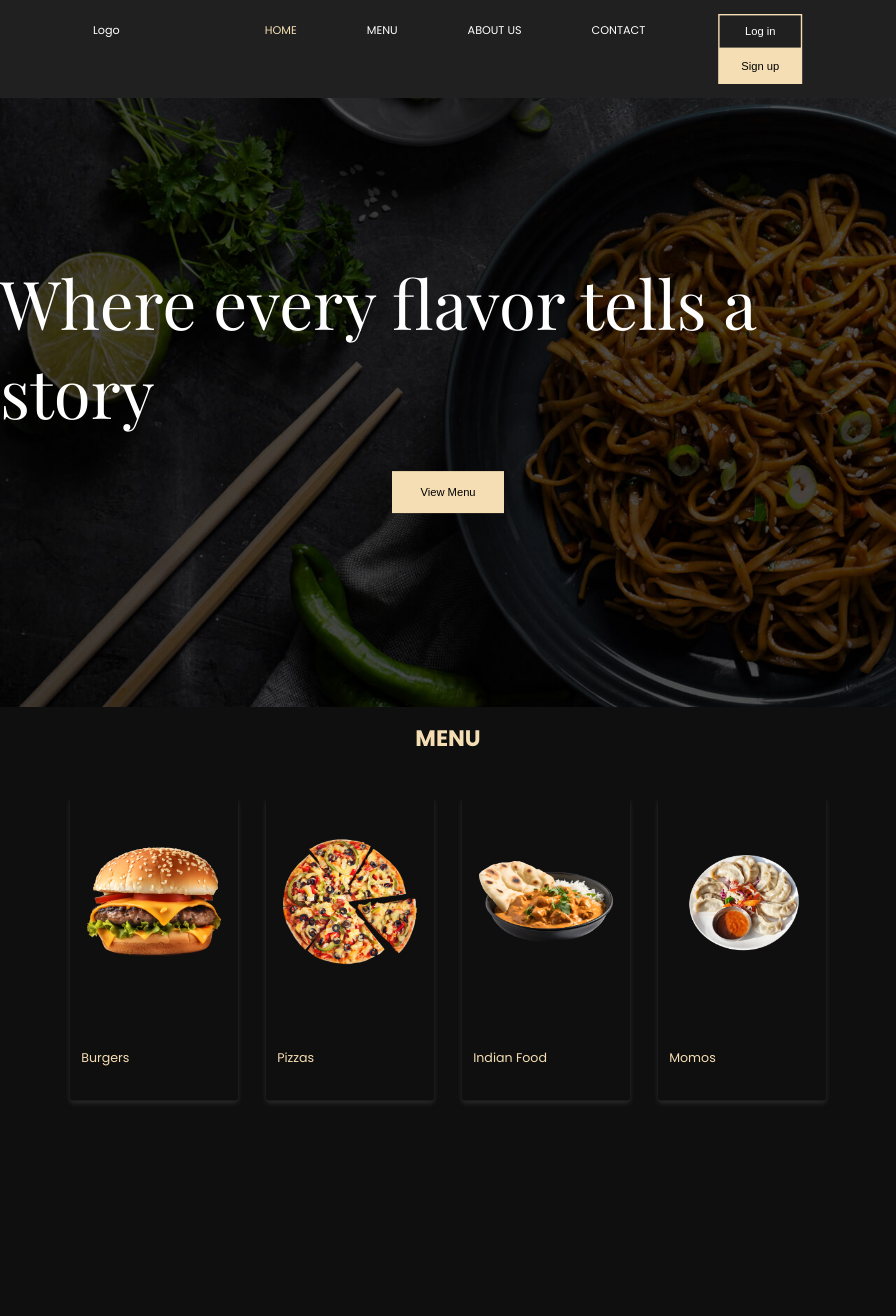
Repository: ThisIsSahaj/NSP
Page: index.html
An editor plug-in stored every save of this project. The page is shown before and after the next save, followed by the edit.
The browser window is 1280 px wide. The pictures show the whole page, at 70% of full size.

Above is the page before, as saved 2023-12-26 22:41:17.

### index.html
<!DOCTYPE html>
<html lang="en">
<head>
    <meta charset="UTF-8">
    <meta http-equiv="X-UA-Compatible" content="IE=edge">
    <meta name="viewport" content="width=device-width, initial-scale=1.0">
    <title>Hungy</title>
    <link rel="stylesheet" href="style.css">
</head>
<body>
    <header>

        <nav class="nav">
            <div class="logo">
                Logo
            </div>
            <div class="menu">
                <ul>
                   <a href="" class="active"> <li>Home</li> </a>
                   <a href=""> <li>Menu</li> </a>
                   <a href="about.html"> <li>About Us</li> </a>
                   <a href=""> <li>Contact</li> </a>
            </ul>
        </div>
        <div class="button">
            <button class="login">Log in</button>
            <button class="signup">Sign up</button>
        </div>
    </nav>
</header>

<div class="sec1">
    Where every flavor tells a story
    <button class="viewMenu">View Menu</button>
</div>



<div class="sec2">
    <h1 style="color: wheat; margin: 20px;">MENU</h1>

    <div class="cardContainer">
        <div class="card">
            <img src="/assets/images/burger.png" alt="Avatar" style="width:100%;">
            <div class="container">
              <p>Burgers</p>
            </div>
          </div>
        <div class="card">
            <img src="/assets/images/pizza.png" alt="Avatar" style="width:100%;">
            <div class="container">
              <p>Pizzas</p>
            </div>
          </div>
        <div class="card">
            <img src="/assets/images/indian.png" alt="Avatar" style="width:100%;">
            <div class="container">
              <p>Indian Food</p>
            </div>
          </div>
        <div class="card">
            <img src="/assets/images/momos.png" alt="Avatar" style="width:100%;">
            <div class="container">
              <p>Momos</p>
            </div>
          </div>
    </div>

</div>
</body>
</html>

### style.css
@import url('https://fonts.googleapis.com/css2?family=Poppins:wght@300;400;500;600;700&family=Roboto:wght@100;300;400;500;700;900&display=swap');

@import url('https://fonts.googleapis.com/css2?family=Playfair+Display:wght@400;500;600;700;800;900&family=Poppins:wght@300;400;500;600;700&family=Roboto:wght@100;300;400;500;700;900&display=swap');


*{
    margin: 0px;
    padding: 0px;
    box-sizing: border-box;

}

body{
    background-color: #0F0F0F;
    font-family: 'Poppins', sans-serif;
    /* color: rgb(224, 212, 212); */
    color: white;
}

header{
    margin-top: 0px;
    background-color: #202020;
    padding: 20px;
}
nav{
    display: flex;
    flex-direction: row;
    justify-content: space-around;
}

ul {
    display: flex;
    flex-direction: row;
    list-style: none;
    /* border: 2px solid green; */
}
a {
    color: #fff;
    text-transform: uppercase;
    text-decoration: none;
    /* letter-spacing: 0.15em;      */
    /* display: inline-block; */
    /* padding: 15px 20px; */
    position: relative;
    /* border: 2px solid red; */
}
a:after {
    background: none repeat scroll 0 0 transparent;
    bottom: 0;
    content: "";
    display: block;
    height: 2px;
    left: 50%;
    position: absolute;
    background: #fff;
    transition: width 0.3s ease 0s, left 0.3s ease 0s;
    width: 0;
    margin-bottom: 10px;
}

a:hover:after {
    width: 100%;
    left: 0;
    background-color:wheat;
}
.active{
    color: wheat;
}


.logo{
    width: 20%;
    margin: 10px;
    display: flex;
    justify-content: center;
    /* border: 2px solid hotpink; */

}
.menu ul li{
    margin: 10px 50px;

}

.menu{
    width: 60%;
    display: flex;
    justify-content: center;
    /* border: 2px solid blue; */

}
.button{
    width: 20%;
    /* border: 2px solid hotpink; */
}
button {
    height: 50px;
    width: 120px;
    margin: 0px 10px;
    /* border-radius: 50px; */
    background-color: wheat;
    font-size: 16px;
    cursor: pointer;
    border: none;
}

button:hover{
    background-color: transparent;
    color: white;
    border: 2px solid wheat;
}

.login{
border: 2px solid wheat;
background-color: transparent;
color: white;

}

.login:hover {
    background-color: wheat;
    color: black;
}

.viewMenu{
    margin: 50px;
    border: none;
    width: 160px;
    height: 60px;
}

.sec1{
    /* border: 2px solid red; */
    height: 870px;
    width: 100%;
    background-image: url("assets/images/hero-slider-1.jpg");

    display: flex;
    flex-direction: column;
    justify-content: center;
    align-items: center;
    font-size: 96px;
    font-family: "Playfair Display";
}


.sec2{
width: 100%;
height: 870px;
display: flex;
flex-direction: column;
/* justify-content: center; */
align-items: center;
}

.sec2 p{
    color: wheat;
    font-size: 18px;
    margin: 50px 0px;
}

.about{
    width: 100%;
    height: 50vw;
    display: flex;
    flex-direction: column;
    /* justify-content: center; */
    align-items: center;
    }

.about h1{
    font-family: "Playfair Display";
    margin: 50px;
    color: wheat;
    }

 .aboutBox{
    width: 100%;
    height: 20vw;

    display: flex;
    flex-direction: row;
    justify-content: center;
    padding: 50px;
 }

 .aboutBox div{
    width: 50%;
    padding: 40px;
    height: 60%;
 }


.cardContainer{
    width: 100%;
    height: 700px;
    display: flex;
    flex-direction: row;
    padding: 40px;
    justify-content: center;
}


 .card {
    box-shadow: 0 4px 8px 0 rgba(155, 155, 155, 0.2);
    transition: 0.3s;
    width: 20%;
    height: 70%;
    border-radius: 5px;
    margin: 0px 20px;
  }

  .card:hover {
    box-shadow: 0 8px 16px 0 rgba(155, 155, 155, 0.2);
  }

  img {
    border-radius: 5px 5px 0 0;
  }

  .container {
    padding: 2px 16px;
    display: flex;
  }

After the next save:
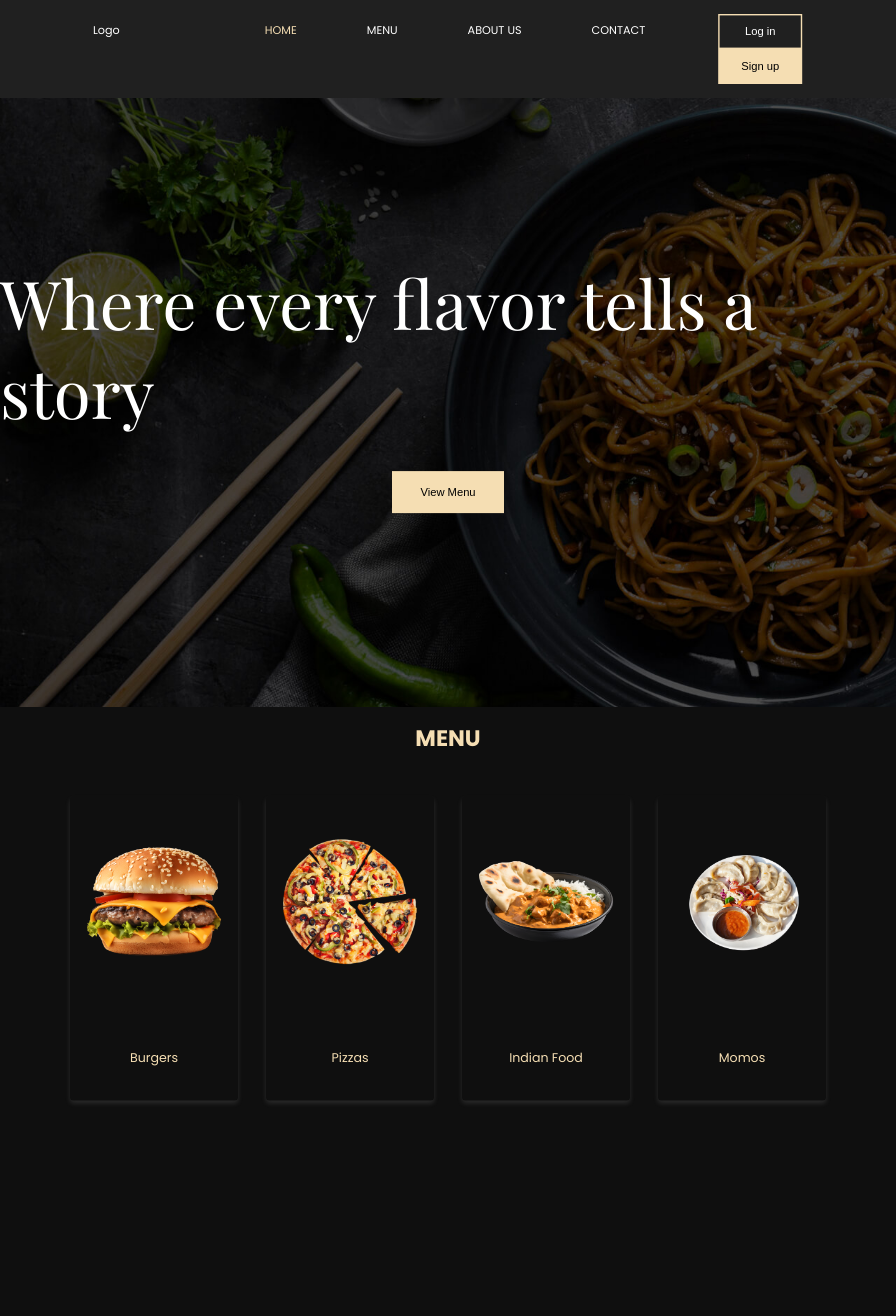
Saved 7 s later.
--- a/style.css
+++ b/style.css
@@ -219,5 +219,5 @@ align-items: center;
 
   .container {
     padding: 2px 16px;
-    display: flex;
-  }
+    text-align: center;
+  }
